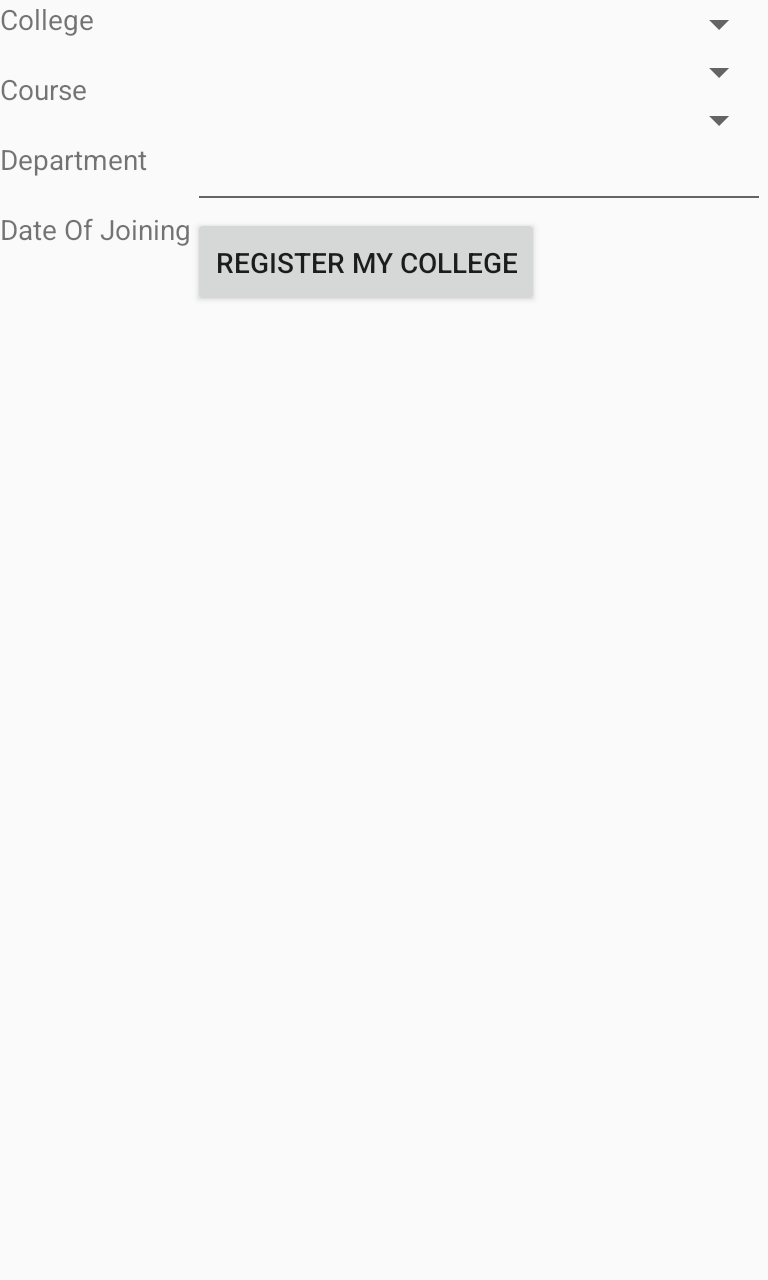
Repository: Prasannakumarb/CollegeMate
Layout: CollegeMate/CollegeMate/res/layout/activity_notification_home_screen.xml
An editor plug-in stored every save of this project. The layout is shown before and after the next save, followed by the edit.
It is drawn on a 768 x 1280 px phone screen (xhdpi) without system bars, with theme AppTheme; the app's code is not run.

Above is the layout before, as saved 2014-06-28 20:03:01.

After the next save:
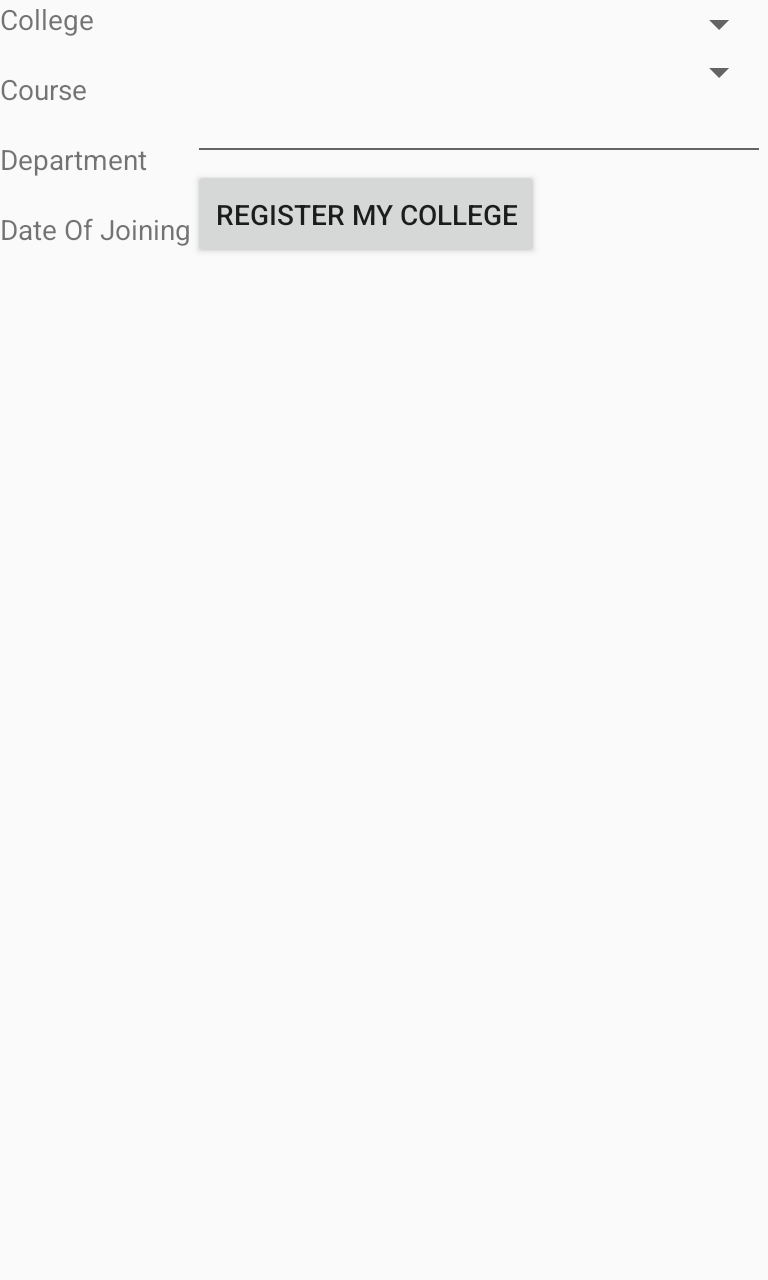
Saved 21 s later.
--- a/CollegeMate/CollegeMate/res/layout/activity_notification_home_screen.xml
+++ b/CollegeMate/CollegeMate/res/layout/activity_notification_home_screen.xml
@@ -52,9 +52,6 @@
             android:layout_weight="0.46"
             android:orientation="vertical" >
 
-            <Spinner android:id="@+id/spincollege"
-        android:layout_width="fill_parent"
-        android:layout_height="wrap_content"/>
 
               <Spinner android:id="@+id/spincourse"
         android:layout_width="fill_parent"
